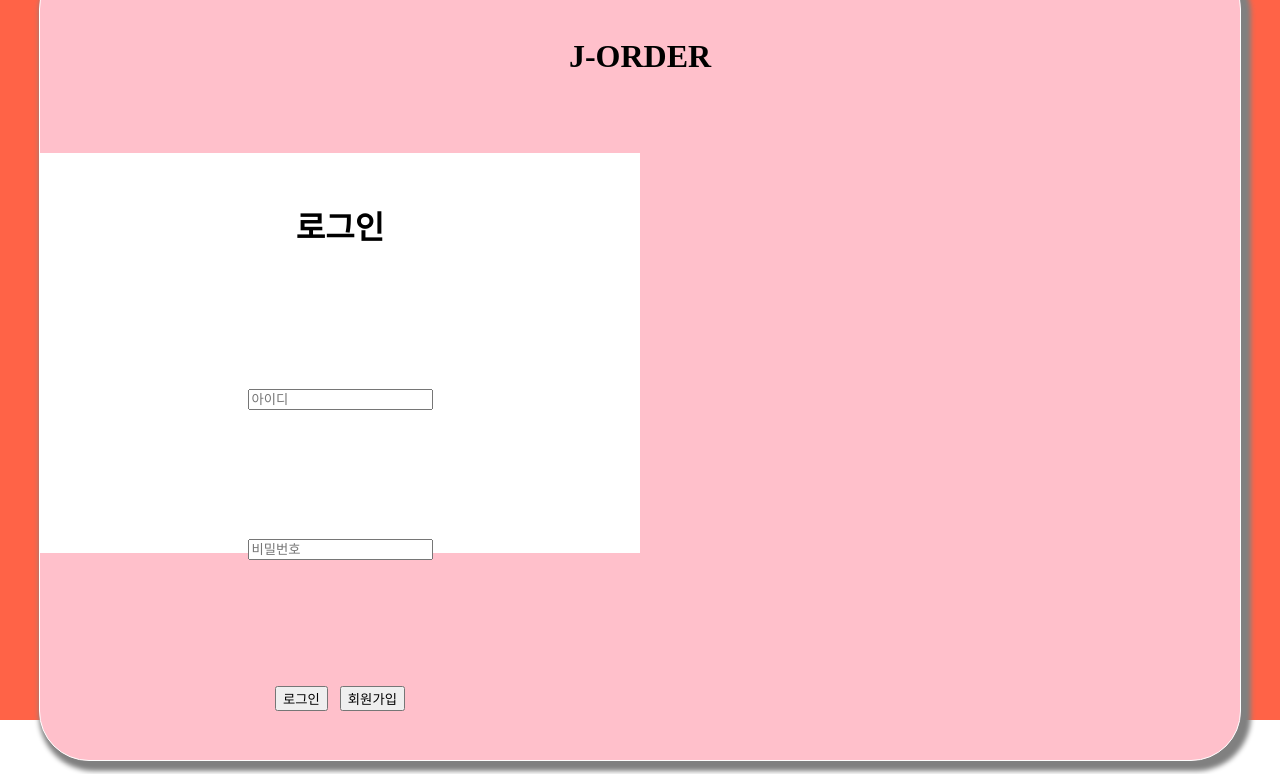
Repository: Devhyeongseon/Academy_Jsp
Page: http://localhost/MyBasic/
An editor plug-in stored every save of this project. The page is shown before and after a run of saves, followed by the edit.
The browser window is 1280 px wide. The pictures show the whole page.
The page is served by Tomcat 9.

Above is the page before, as saved 2024-01-10 08:27:37.

After the next 2 saves:
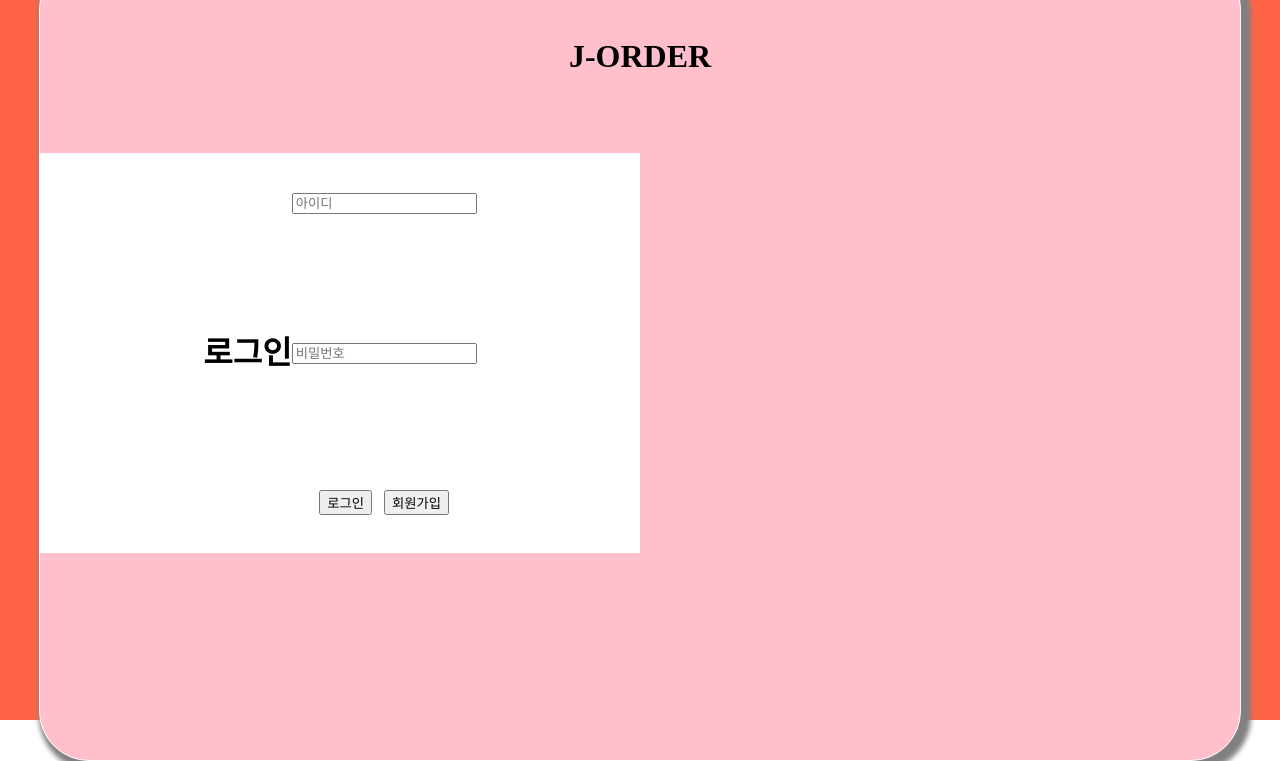
The 2 saves are shown as one change because they came seconds apart.
The last was saved 64 s later.
--- a/MyBasic/src/main/webapp/index.jsp
+++ b/MyBasic/src/main/webapp/index.jsp
@@ -1,5 +1,5 @@
 <%@ page language="java" contentType="text/html; charset=UTF-8"
-    pageEncoding="UTF-8"%>
+	pageEncoding="UTF-8"%>
 <!DOCTYPE html>
 <html>
 <head>
@@ -10,50 +10,54 @@ html, body {
 	width: 100%;
 	height: 100%;
 	margin: 0;
-	}
-.background{
+}
+
+.background {
 	width: 100vw;
 	height: 100vh;
-	background-color:tomato;
-	display : flex;
-    justify-content : center;
-    align-items : center;
+	background-color: tomato;
+	display: flex;
+	justify-content: center;
+	align-items: center;
+}
 
-}
-.container{
+.container {
 	width: 1200px;
-	height:800px;
+	height: 800px;
 	background: pink;
 	border: 1px solid white;
-    border-radius: 50px;
-    /* padding: 10px 30px; */ /* 더커짐 */
-    box-shadow: 5px 5px 5px 5px gray;
-	 text-align : center;
-	 line-height : 150px;
-}
-.loginbox{
-	width: 600px;
-	height:400px;
-	background: white;
-	 text-align : center;
-	 line-height : 150px;
+	border-radius: 50px;
+	/* padding: 10px 30px; */ /* 더커짐 */
+	box-shadow: 5px 5px 5px 5px gray;
+	text-align: center;
+	line-height: 150px;
 }
 
-
+.loginbox {
+	width: 600px;
+	height: 400px;
+	background: white;
+	display: flex;
+	justify-content: center;
+	align-items: center;
+}
 </style>
 
 
 </head>
 <body>
 	<div class="background">
-		<div class="container"><h1>J-ORDER</h1>
-			<div class="loginbox"><h1>로그인</h1>
-			<form action="" method="post">
-				<input type="text" name="id" placeholder="아이디"><br>
-				<input type="password" name="pw" placeholder="비밀번호"><br>
-				<input type="submit" value="로그인" class="btn btn-default">&nbsp;&nbsp;
-				<input type="button" value="회원가입" class="btn btn-default" onclick="">
-			</form>
+		<div class="container">
+			<h1>J-ORDER</h1>
+			<div class="loginbox">
+				<h1>로그인</h1>
+				<form action="" method="post">
+					<input type="text" name="id" placeholder="아이디"><br> <input
+						type="password" name="pw" placeholder="비밀번호"><br> <input
+						type="submit" value="로그인" class="btn btn-default">&nbsp;&nbsp;
+					<input type="button" value="회원가입" class="btn btn-default"
+						onclick="">
+				</form>
 
 			</div>
 
